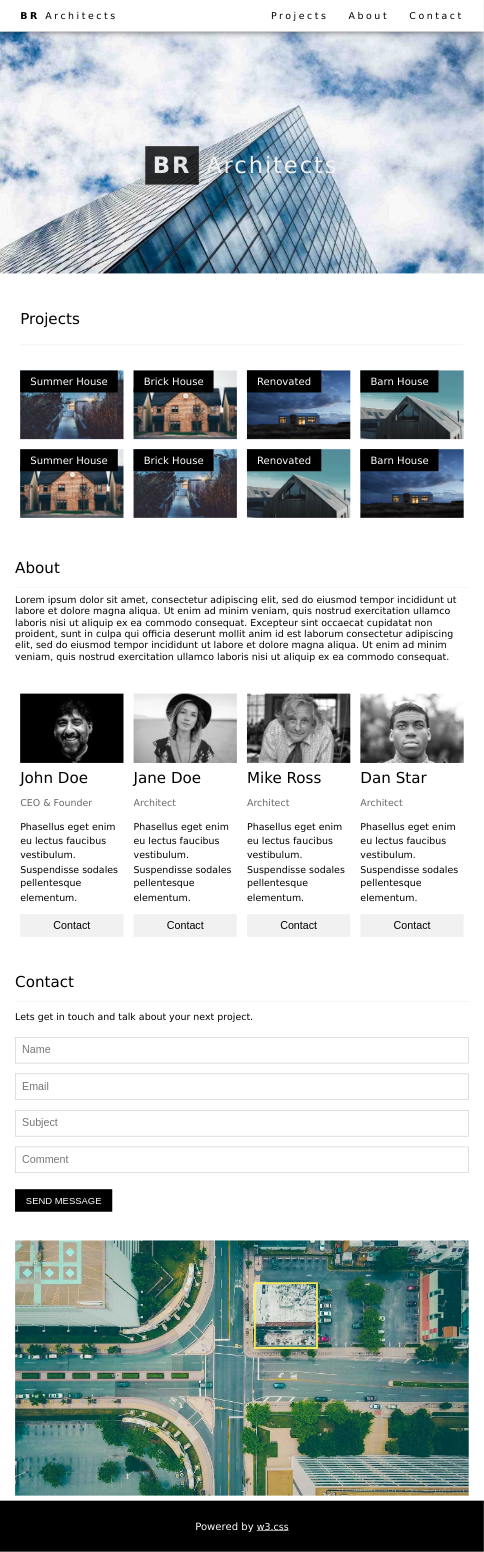
Repository: xd25vn/architects
Page: index.html
These files come from the project's save history. The page is drawn as it stood at one moment and after the next save; the edit follows.
The browser window is 768 px wide. The pictures show the whole page, at 63% of full size.

Above is the page before, as saved 2023-08-16 18:05:22.

After the next save:
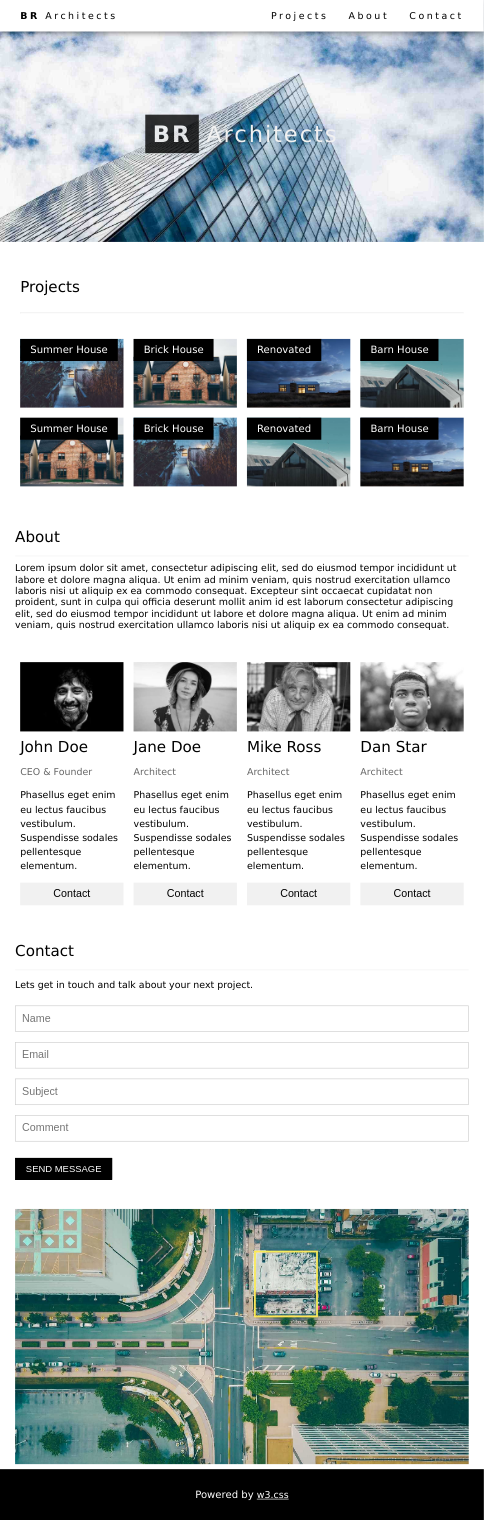
Saved 25 s later.
--- a/assets/css/reponsive.css
+++ b/assets/css/reponsive.css
@@ -5,10 +5,6 @@
 }
 
 @media (min-width: 740px) and (max-width: 1023px) {
-    #nav {
-        position: relative;
-    }
-
     .menu-mobile .ti-menu {
         display: none;
     }
